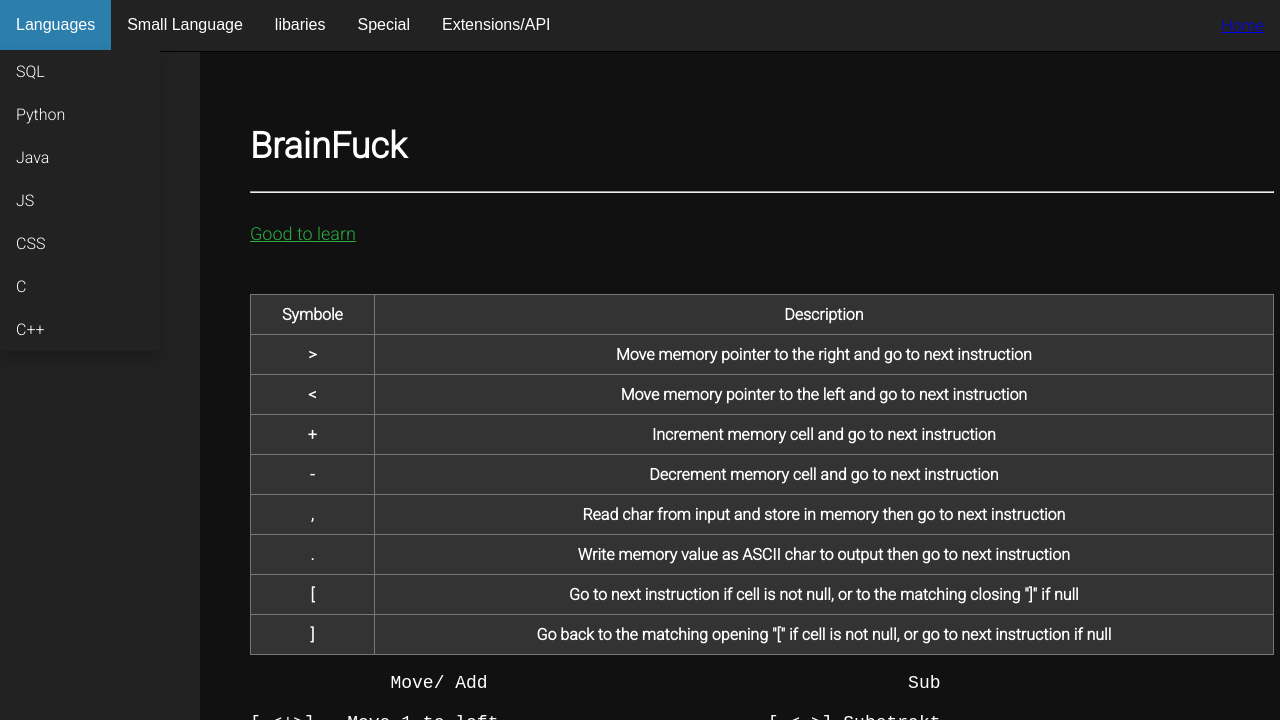
Repository: Max-Rohrhirsch/Max-Rohrhirsch.github.io
Page: documentation/small/brainfuck.html
The author's editor kept a copy of each file at every save. The page is drawn from the files as they stood at one save, then again after the next save.
The browser window is 1280 px wide. The pictures show the whole page.

Above is the page before, as saved 2023-10-15 11:03:20.

After the next save:
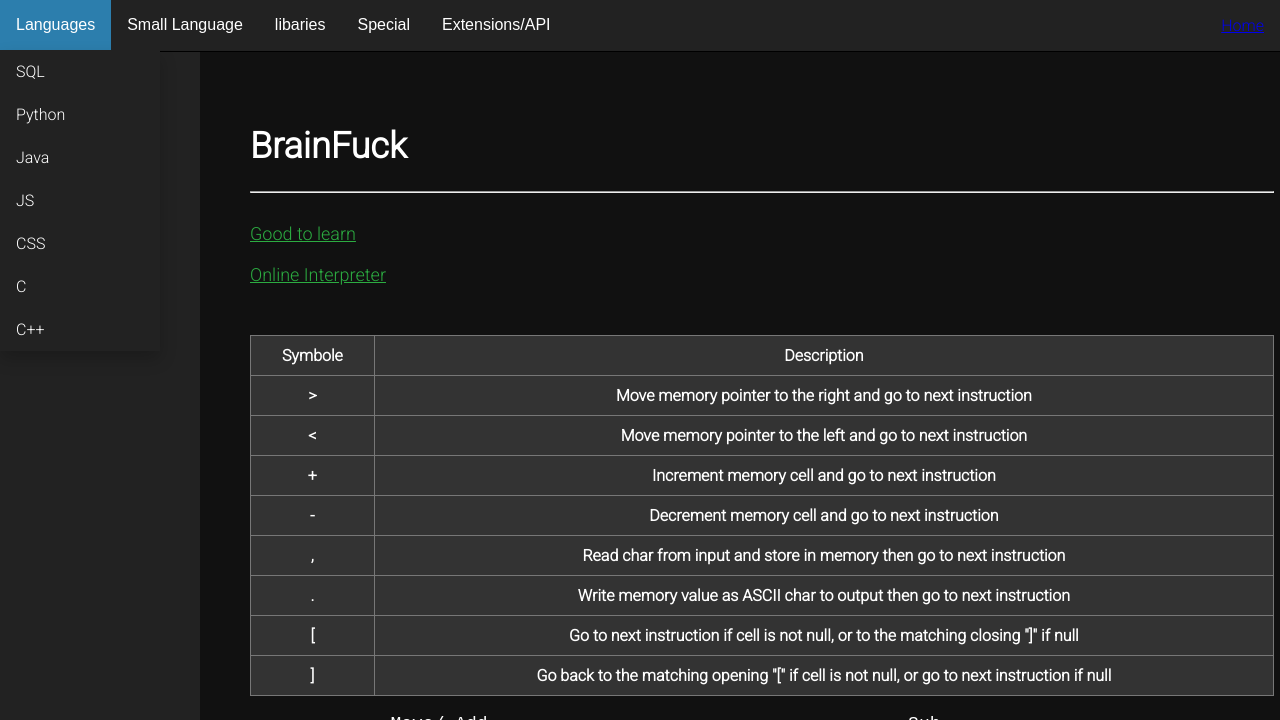
Saved 30 s later.
--- a/documentation/small/brainfuck.html
+++ b/documentation/small/brainfuck.html
@@ -11,6 +11,7 @@
     <h1>BrainFuck</h1>
     <hr><br>
     <a href="https://www.codingame.com/playgrounds/50443/brainfuck-part-2---working-with-arrays/">Good to learn</a>
+    <a href="https://www.jdoodle.com/execute-brainfuck-online/">Online Interpreter</a>
     <table>
         <tr>
             <th>Symbole</th>
